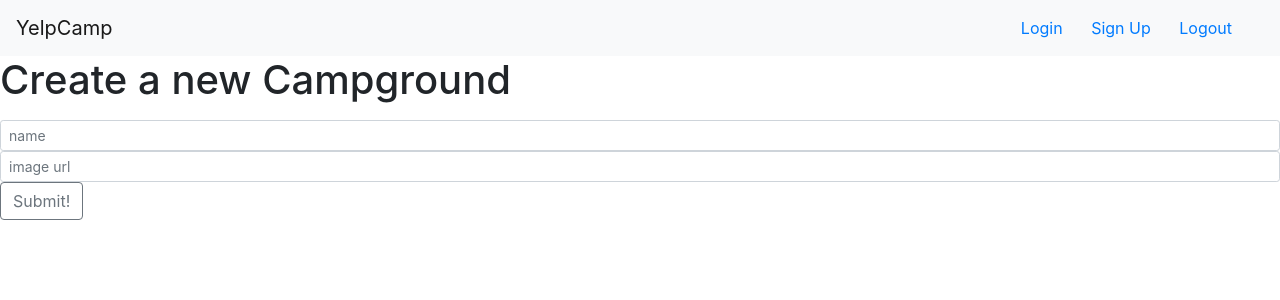
Repository: manojsatya/YelpCamp
Page: http://localhost/campgrounds/new
An editor plug-in stored every save of this project. The page is shown before and after the next save, followed by the edit.
The browser window is 1280 px wide. The pictures show the whole page.
The page is served by the project's Node server (app.js).

Above is the page before, as saved 2019-06-14 17:59:05.
Console error: TypeError: Cannot read properties of undefined (reading 'fn')

### views/new.ejs
<% include partials/header %>



<h1>Create a new Campground</h1>

<form action="/campgrounds" method="POST">
    <div class="form-group"></div>
    <input class="form-control form-control-sm" type="text" name="name" id="" placeholder="name">
    <input class="form-control form-control-sm" type="text" name="image" id="" placeholder="image url">
    <button class="btn btn-outline-secondary"> Submit!</button>

</form>

<% include partials/footer %>

### views/partials/header.ejs
<!DOCTYPE html>
<html lang="en">
<head>
    <meta charset="UTF-8">
    <meta name="viewport" content="width=device-width, initial-scale=1.0">
    <meta http-equiv="X-UA-Compatible" content="ie=edge">
    <title>YelpCamp</title>
    <link rel="stylesheet" href="https://stackpath.bootstrapcdn.com/bootstrap/4.3.1/css/bootstrap.min.css">
</head>
<body>
        <nav class="navbar navbar-light bg-light">
                <a class = "navbar-brand" href="">YelpCamp</a>
                <div class="navbar-right mr-sm-2">
                    <a class = "mr-sm-4" href="">Login</a>
                    <a class = "mr-sm-4" href="">Sign Up</a>
                    <a class = "mr-sm-4" href="">Logout</a>
                </div>

            </nav>

        <script src="https://stackpath.bootstrapcdn.com/bootstrap/4.3.1/js/bootstrap.min.js"></script>

### app.js
var express = require("express");
var app = express();
var bodyParser = require("body-parser");

app.use(bodyParser.urlencoded({extended: true}));
app.set("view engine", "ejs");

var campgrounds = [
    {name: "Manoj Satya", image: "https://static.rootsrated.com/image/upload/s--_i1nqUT1--/t_rr_large_traditional/oy9xsbijv8wehnrzv0zt.jpg"},
    {name: "Shradha Shiv", image: "https://encrypted-tbn0.gstatic.com/images?q=tbn:ANd9GcQ5b9dOfcfle_RwfdPS21qwfn5kcQ_BfHuL4uoVApARc1INLCfp"},
    {name: "Meghana", image: "http://hudsonshope.ca/wp-content/uploads/2016/10/Inflatable-Boat.jpg"},
    {name: "Manoj Satya", image: "https://static.rootsrated.com/image/upload/s--_i1nqUT1--/t_rr_large_traditional/oy9xsbijv8wehnrzv0zt.jpg"},
    {name: "Shradha Shiv", image: "https://encrypted-tbn0.gstatic.com/images?q=tbn:ANd9GcQ5b9dOfcfle_RwfdPS21qwfn5kcQ_BfHuL4uoVApARc1INLCfp"},
    {name: "Meghana", image: "http://hudsonshope.ca/wp-content/uploads/2016/10/Inflatable-Boat.jpg"},
    {name: "Manoj Satya", image: "https://static.rootsrated.com/image/upload/s--_i1nqUT1--/t_rr_large_traditional/oy9xsbijv8wehnrzv0zt.jpg"},
    {name: "Shradha Shiv", image: "https://encrypted-tbn0.gstatic.com/images?q=tbn:ANd9GcQ5b9dOfcfle_RwfdPS21qwfn5kcQ_BfHuL4uoVApARc1INLCfp"},
    {name: "Meghana", image: "http://hudsonshope.ca/wp-content/uploads/2016/10/Inflatable-Boat.jpg"},
    {name: "Manoj Satya", image: "https://static.rootsrated.com/image/upload/s--_i1nqUT1--/t_rr_large_traditional/oy9xsbijv8wehnrzv0zt.jpg"},
    {name: "Shradha Shiv", image: "https://encrypted-tbn0.gstatic.com/images?q=tbn:ANd9GcQ5b9dOfcfle_RwfdPS21qwfn5kcQ_BfHuL4uoVApARc1INLCfp"},
    {name: "Meghana", image: "http://hudsonshope.ca/wp-content/uploads/2016/10/Inflatable-Boat.jpg"}
]

app.get("/", function(req, res){
    res.render("landing");
});

app.get("/campgrounds", function(req, res){
    res.render("campgrounds",{campgrounds:campgrounds});
});

app.post("/campgrounds", function(req, res){
    //get data from form and add to campground array
    var name = req.body.name;
    var image = req.body.image;
    var newCampground = {name: name, image: image};
    campgrounds.push(newCampground);
    //redirect back to campgrounds page
    res.redirect("/campgrounds");
});

app.get("/campgrounds/new", function(req, res){
    res.render("new.ejs");
});


app.listen(3000, function(){
    console.log("The YelpCamp Server has started");
});

Loaded but not shown: views/partials/footer.ejs (no stored copy; drawn as an empty file)

After the next save:
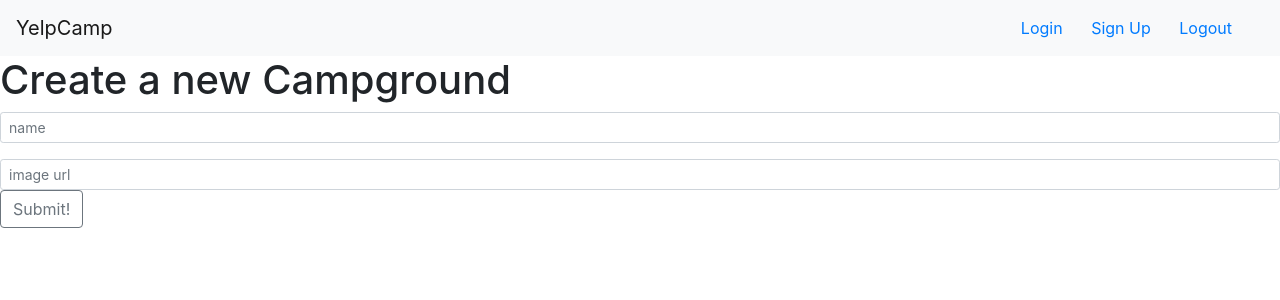
Saved 24 s later.
--- a/views/new.ejs
+++ b/views/new.ejs
@@ -5,8 +5,10 @@
 <h1>Create a new Campground</h1>
 
 <form action="/campgrounds" method="POST">
-    <div class="form-group"></div>
-    <input class="form-control form-control-sm" type="text" name="name" id="" placeholder="name">
+    <div class="form-group">
+        <input class="form-control form-control-sm" type="text" name="name" id="" placeholder="name">
+    </div>
+
     <input class="form-control form-control-sm" type="text" name="image" id="" placeholder="image url">
     <button class="btn btn-outline-secondary"> Submit!</button>
 
